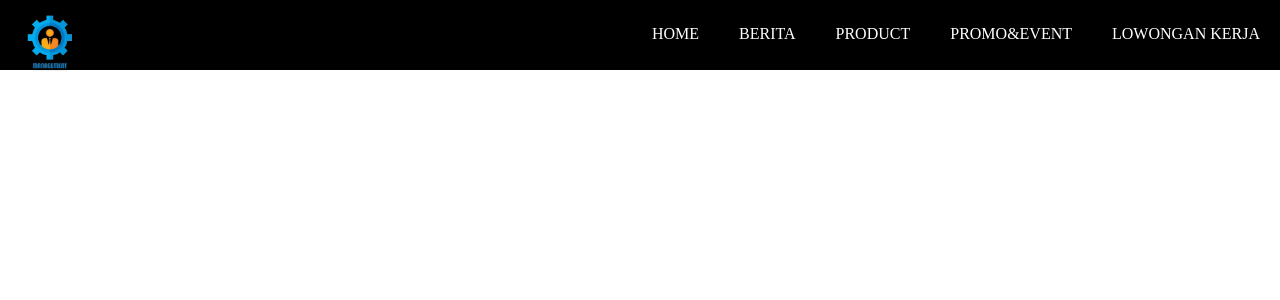
Repository: rizalardi34/project-mypertaplus
Page: profile.html
An editor plug-in stored every save of this project. The page is shown before and after a run of saves, followed by the edit.
The browser window is 1280 px wide. The pictures show the whole page.

Above is the page before, as saved 2023-04-25 12:42:49.

After the next 2 saves:
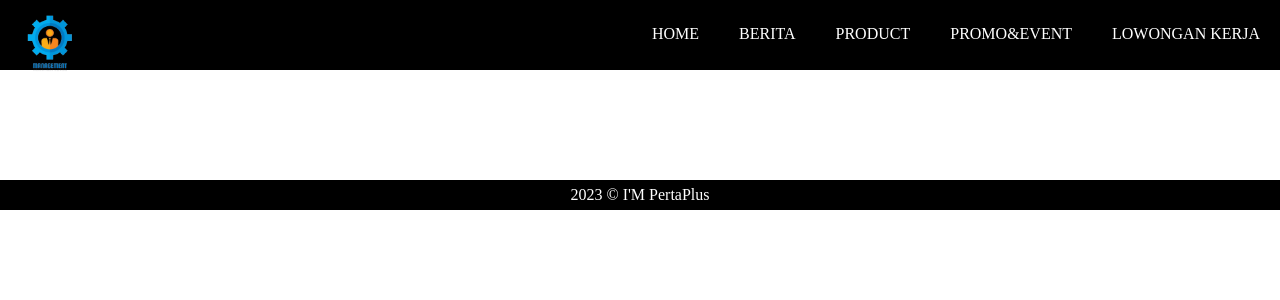
The 2 saves are shown as one change because they came seconds apart.
The last was saved 25 s later.
--- a/profile.html
+++ b/profile.html
@@ -22,6 +22,9 @@
                 </ul>
             </nav>
         </div>
+        <div style="margin-top: 25vh;background-color: black;height: 30px;display: flex;justify-content: center;align-items: center;color: white;">
+            <p>2023 © I'M PertaPlus</p>
+        </div>
     </div>
 </body>
 </html>
